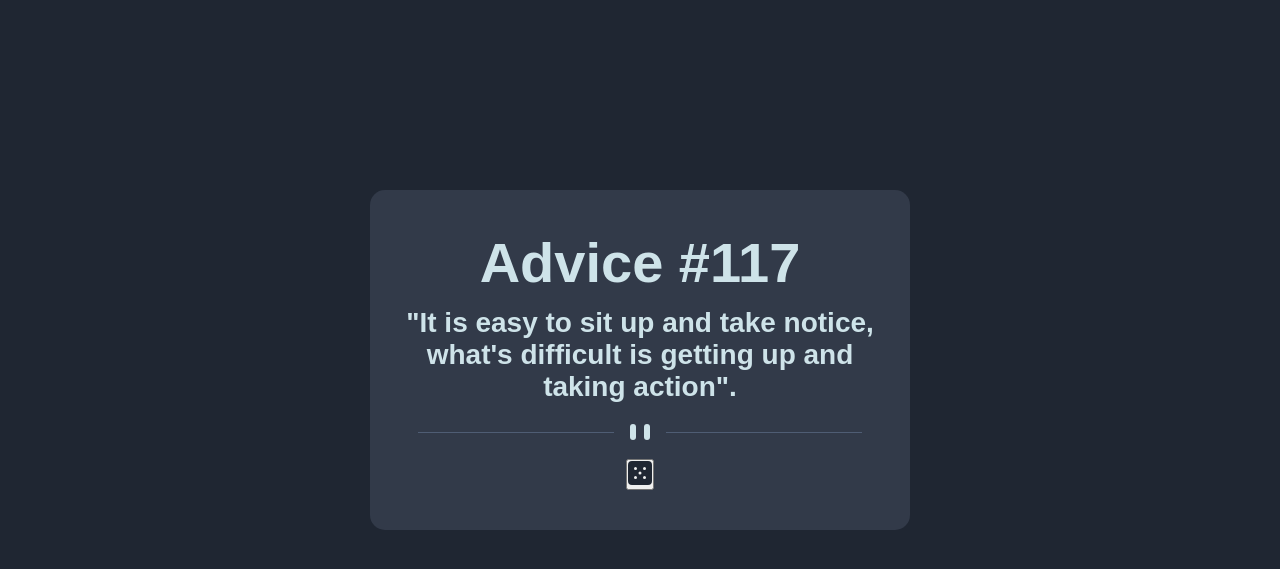
Repository: Daki-builds/advice-generator-app
Page: index.html
An editor plug-in stored every save of this project. The page is shown before and after the next save, followed by the edit.
The browser window is 1280 px wide. The pictures show the whole page.

Above is the page before, as saved 2026-10-08 18:51:46.

### index.html
<!DOCTYPE html>
<html lang="en">

<head>
  <meta charset="UTF-8">
  <meta name="viewport" content="width=device-width, initial-scale=1.0">
  <link rel="icon" type="image/png" sizes="32x32" href="./images/favicon-32x32.png">
  <link rel="stylesheet" href="style.css">
  <title>Frontend Mentor | Advice generator app</title>

</head>

<body>
  <main class="container">
    <h1>Advice #<span id="advice-id">117</span></h1>
    <p id="adviceText">"It is easy to sit up and take notice, what's difficult is getting up and taking action".</p>
    <div>
      <img src="./images/pattern-divider-desktop.svg" alt="divider">
    </div>
    <button id="adviceBtn"><img src="./images/icon-dice.svg" alt="dice">
    </button>
  </main>
</body>

</html>

### style.css
* {
  margin: 0;
  padding: 0;
  box-sizing: border-box;
}

:root {
  --blue-200: hsl(193, 38%, 86%);
  --green-300: hsl(150, 100%, 66%);
  --blue-600: hsl(217, 19%, 38%);
  --blue-900: hsl(217, 19%, 24%);
  --blue-950: hsl(218, 23%, 16%);

  --font-family: "Manrope", sans-serif;
  --font-weight: 800;
  --font-size: 28px;
}

body {
  font-family: var(--font-family);
  font-weight: var(--font-weight);
  font-size: var(--font-size);
  background-color: var(--blue-950);
  color: var(--blue-200);
  display: flex;
  justify-content: center;
  align-items: center;
  min-height: 100vh;
}

.container {
  position: relative;
  background-color: var(--blue-900);
  display: flex;
  flex-direction: column;
  align-items: center;
  gap: 12px;
  padding: 40px 20px;
  width: 100%;
  max-width: 540px;
  border-radius: 15px;
  text-align: center;
}

After the next save:
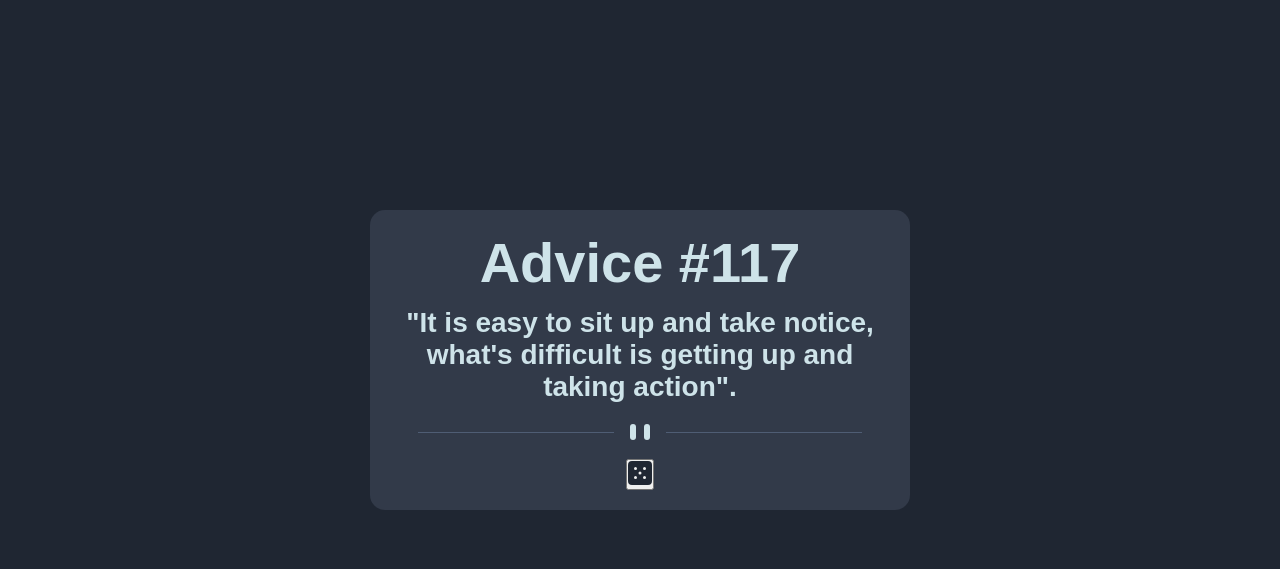
Saved 19 s later.
--- a/style.css
+++ b/style.css
@@ -35,7 +35,7 @@ body {
   flex-direction: column;
   align-items: center;
   gap: 12px;
-  padding: 40px 20px;
+  padding: 20px 30px;
   width: 100%;
   max-width: 540px;
   border-radius: 15px;
